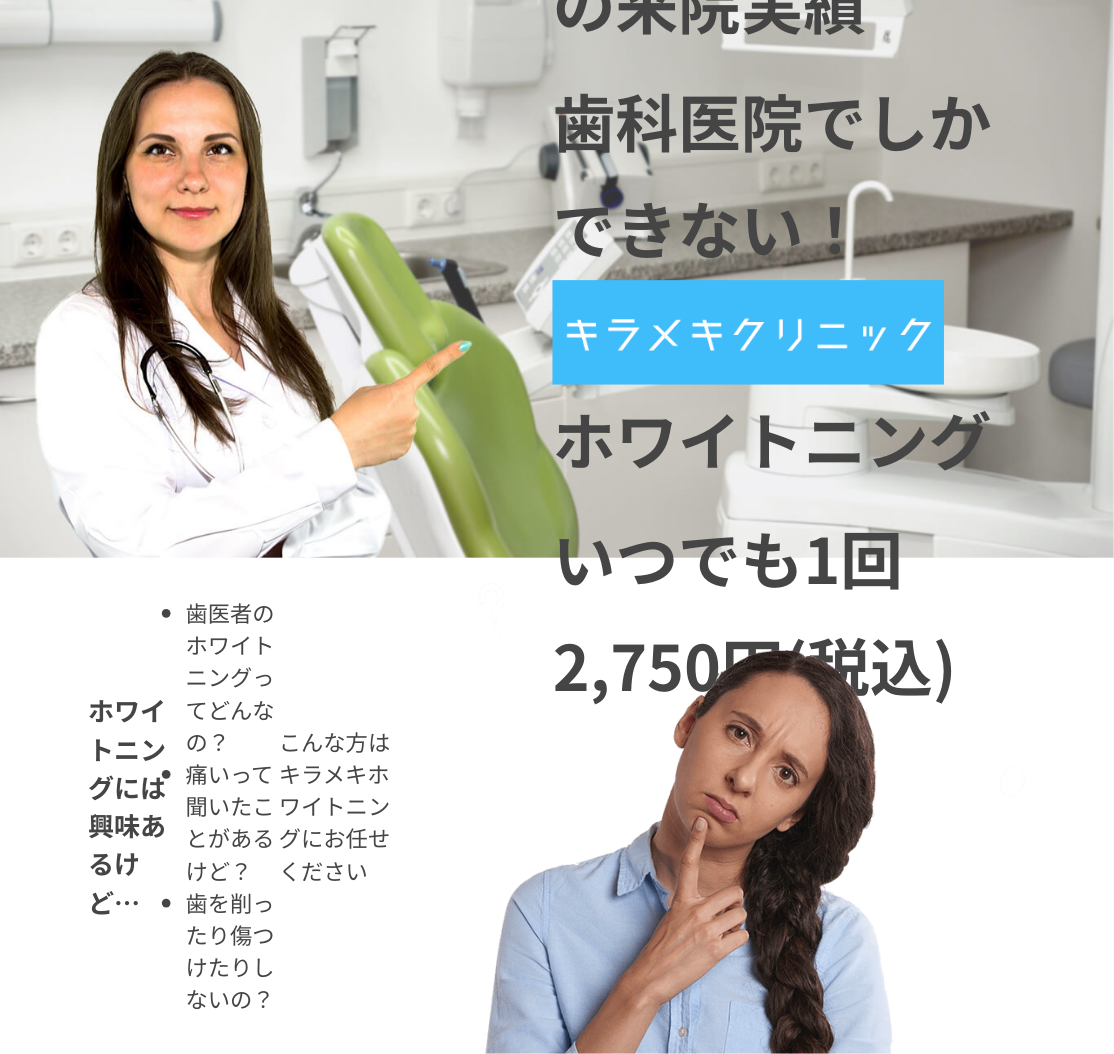
Repository: ryu-nuno/tech_academy_subwork
Page: first/index.html
The author's editor kept a record of every edit. The page is drawn from the files as they stood at one moment, then again after the next edit.
The browser window is 1280 px wide. The pictures show the whole page, at 87% of full size.
Some web libraries are served in a nearby version.

Above is the page before.

### first/index.html
<!DOCTYPE html>
<html lang="ja">

  <head>
    <title>first</title>
  <meta charset="utf-8">
  <meta name="description" content="kirameki clinic">
  <meta name="viewport" content="width=device-width, initial-scale=1">
  <meta property="og:site_name" content="キラメキクリニック｜歯科医院でホワイトニング" />
  <meta property="og:title" content="キラメキクリニック｜歯科医院でホワイトニング">
  <meta property="og:description" content="キラメキクリニックは、年間15万人以上の来院実績がある歯科医院です。有資格者によるプロの施術を1回2,750円〜で手軽にホワイトニングができます。ホワイトニングをしてみたい方はお問い合わせの上ぜひご来院ください！">
  <meta property="og:type" content="article">
  <meta property="og:url" content="https://demo.techacademy.jp/sidejob-selfstudy1/">
  <meta property="og:image" content="https://demo.techacademy.jp/sidejob-selfstudy1/images/main_pc.jpg">
  <meta property="og:locale" content="ja_JP">
  <link rel="stylesheet" href="assets/ress/ress.min.css">
  <link rel="stylesheet" href="css/style.css">
  <script src="https://kit.fontawesome.com/ab2670e4fc.js" crossorigin="anonymous"></script>
  </head>

  <body>
    <header class="container">
    <div class="contents_width">
      <div class="wrapper">
        <h1>
          <span>年間15万人以上の来院実績</span>
          <span>歯科医院でしかできない！</span>
          <img src="img/logo_top.png" alt="キラメキクリニック">
        </h1>
        <p>
          <span>ホワイトニング</span>
          <span>いつでも1回2,750円(税込)</span>
        </p>
      </div>
    </div>
  </header>

  <section class="interest bg_stripe container">
    <div class="contents_width">
      <h3>ホワイトニングには興味あるけど…</h3>
      <ul>
        <li>歯医者のホワイトニングってどんなの？</li>
        <li>痛いって聞いたことがあるけど？</li>
        <li>歯を削ったり傷つけたりしないの？</li>
      </ul>
      <p>こんな方はキラメキホワイトニングにお任せください</p>
      <img src="images/thinking_w.png" alt="ホワイトニングの疑問イメージ">
    </div>
  </section>
  </body>

### first/assets/ress/ress.min.css
/*!
 * ress.css • v4.0.0
 * MIT License
 * github.com/filipelinhares/ress
 */html{box-sizing:border-box;-webkit-text-size-adjust:100%;word-break:normal;-moz-tab-size:4;tab-size:4}*,:after,:before{background-repeat:no-repeat;box-sizing:inherit}:after,:before{text-decoration:inherit;vertical-align:inherit}*{padding:0;margin:0}hr{overflow:visible;height:0;color:inherit}details,main{display:block}summary{display:list-item}small{font-size:80%}[hidden]{display:none}abbr[title]{border-bottom:none;text-decoration:underline;text-decoration:underline dotted}a{background-color:transparent}a:active,a:hover{outline-width:0}code,kbd,pre,samp{font-family:monospace,monospace}pre{font-size:1em}b,strong{font-weight:bolder}sub,sup{font-size:75%;line-height:0;position:relative;vertical-align:baseline}sub{bottom:-.25em}sup{top:-.5em}table{border-color:inherit;text-indent:0}input{border-radius:0}[disabled]{cursor:default}[type=number]::-webkit-inner-spin-button,[type=number]::-webkit-outer-spin-button{height:auto}[type=search]{-webkit-appearance:textfield;outline-offset:-2px}[type=search]::-webkit-search-decoration{-webkit-appearance:none}textarea{overflow:auto;resize:vertical}button,input,optgroup,select,textarea{font:inherit}optgroup{font-weight:700}button{overflow:visible}button,select{text-transform:none}[role=button],[type=button],[type=reset],[type=submit],button{cursor:pointer;color:inherit}[type=button]::-moz-focus-inner,[type=reset]::-moz-focus-inner,[type=submit]::-moz-focus-inner,button::-moz-focus-inner{border-style:none;padding:0}[type=button]::-moz-focus-inner,[type=reset]::-moz-focus-inner,[type=submit]::-moz-focus-inner,button:-moz-focusring{outline:1px dotted ButtonText}[type=reset],[type=submit],button,html [type=button]{-webkit-appearance:button}button,input,select,textarea{background-color:transparent;border-style:none}a:focus,button:focus,input:focus,select:focus,textarea:focus{outline-width:0}select{-moz-appearance:none;-webkit-appearance:none}select::-ms-expand{display:none}select::-ms-value{color:currentColor}legend{border:0;color:inherit;display:table;white-space:normal;max-width:100%}::-webkit-file-upload-button{-webkit-appearance:button;color:inherit;font:inherit}img{border-style:none}progress{vertical-align:baseline}[aria-busy=true]{cursor:progress}[aria-controls]{cursor:pointer}[aria-disabled=true]{cursor:default}

### first/css/style.css
@charset "UTF-8"; /* 文字コードの指定 */
@import url('https://fonts.googleapis.com/css2?family=Noto+Sans+JP:wght@400;700;900&display=swap');
@import url('https://fonts.googleapis.com/css2?family=Noto+Serif+JP:wght@400;700&display=swap');


body{
    font-size: 1.6rem;
    color: #454545;
    font-family: "Noto Sans JP", "Helvetica Neue", Arial, "Hiragino Kaku Gothic ProN", "Hiragino Sans", Meiryo, sans-serif;
}

header{
    background-image: url(../img/main_pc.jpg);
    background-size: cover;
    height: 50.073vw;
}

.container{
    padding: 0 7.9vw;
}

.contents_width{
    display: flex;
    height:100%;
    justify-content:flex-end;
    align-items:center;
}

.wrapper{
    width:42.4567vw;
}

.wrapper h1{
    font-size: 0;
}

.wrapper span{
    font-weight: 900;
    display: inline-block;
    font-size: 4.5rem;
    line-height: calc(4.5rem + 1.6rem * 2);
}

.wrapper span+span {
    margin: 0.8rem 0 0;
}

After the next edit:
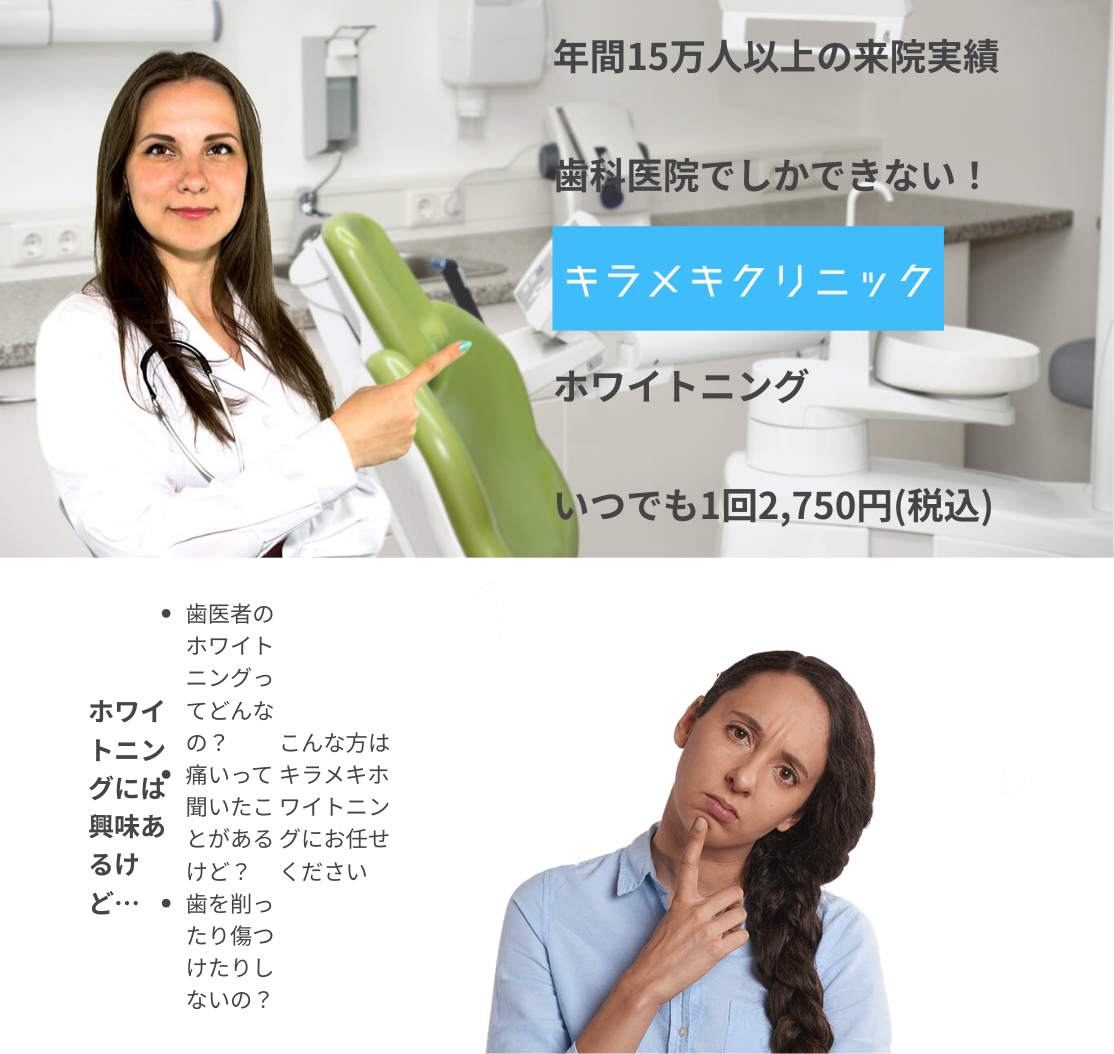
The edit:
--- a/first/css/style.css
+++ b/first/css/style.css
@@ -37,7 +37,7 @@
 .wrapper span{
     font-weight: 900;
     display: inline-block;
-    font-size: 4.5rem;
+    font-size: 3.294vw;
     line-height: calc(4.5rem + 1.6rem * 2);
 }
 
